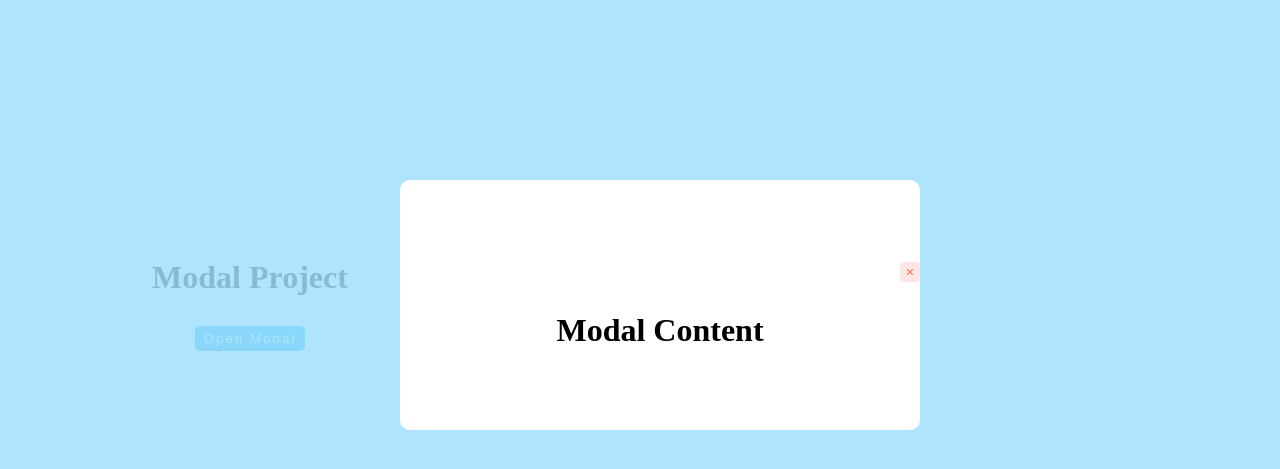
Repository: Trapti10/20-js-practice-projects-in-7-days-challenge
Page: Project_4_Modal_Project/index.html
These files come from the project's save history. The page is drawn as it stood at one moment and after the next save; the edit follows.
The browser window is 1280 px wide. The pictures show the whole page.

Above is the page before, as saved 2025-11-24 13:51:52.

After the next save:
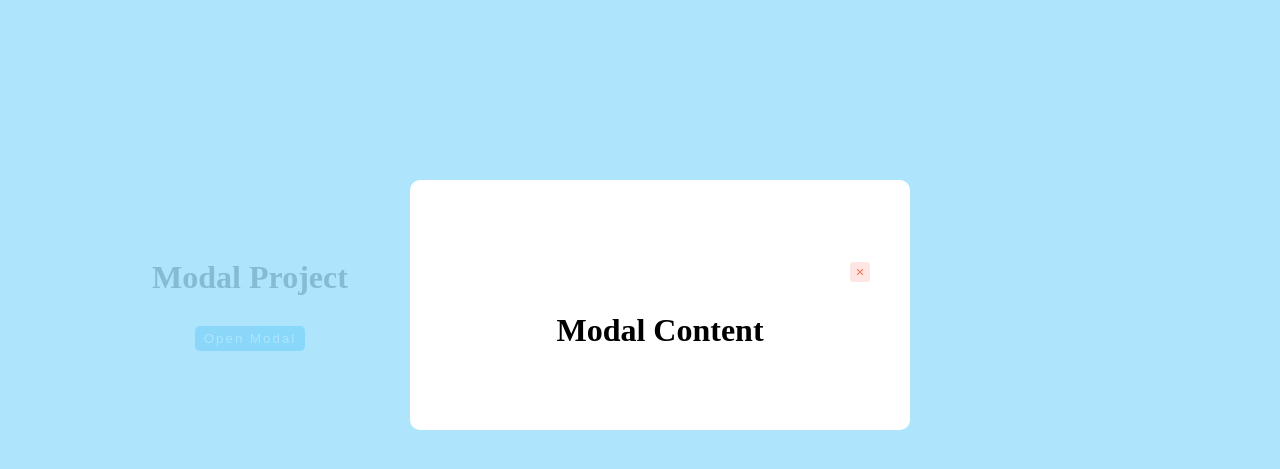
Saved 15 s later.
--- a/Project_4_Modal_Project/style.css
+++ b/Project_4_Modal_Project/style.css
@@ -85,5 +85,5 @@ button:hover{
 .madal-container img{
     height: 20px;
     right: 0;
-    margin-left: 500px ;
+    margin-left: 400px ;
 }
